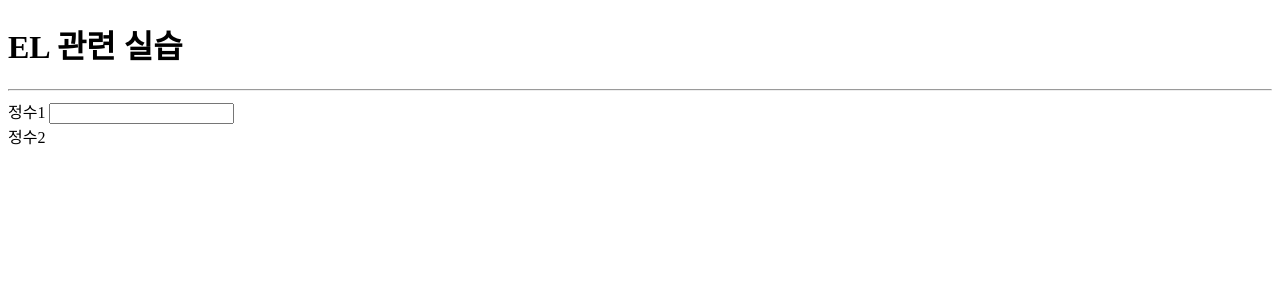
Repository: hyyrim/WebStudy
Page: http://localhost/WebApp22/Test01.jsp
These files come from the project's save history. The page is drawn as it stood at one moment and after the next save; the edit follows.
The browser window is 1280 px wide. The pictures show the whole page.
The page is served by Tomcat 9.

Above is the page before, as saved 2021-05-26 03:39:42.

After the next save:
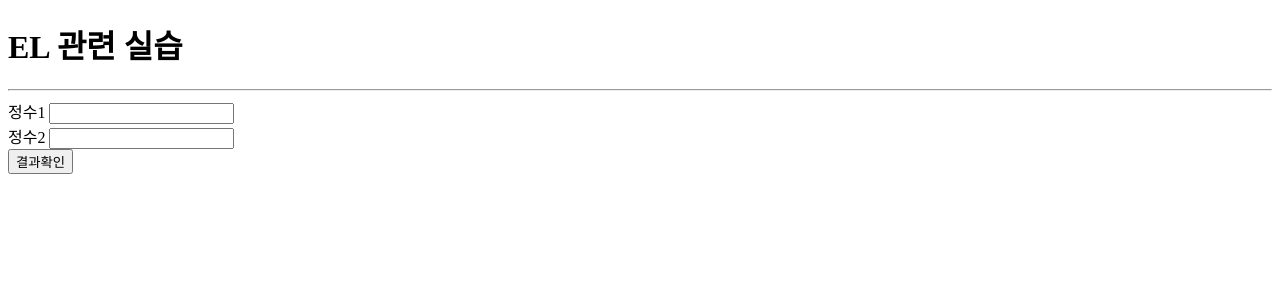
Saved 51 s later.
--- a/WebApp22/WebContent/Test01.jsp
+++ b/WebApp22/WebContent/Test01.jsp
@@ -21,9 +21,13 @@
 <div>
 	<form action="" method="post">
 		정수1 <input type="text" name="su1"><br>
-		정수2 <input type="text" name="su2><br>
+		정수2 <input type="text" name="su2"><br>
+		<button type="submit">결과확인</button>
+
 
 	</form>
+
+
 </div>
 
 </body>
